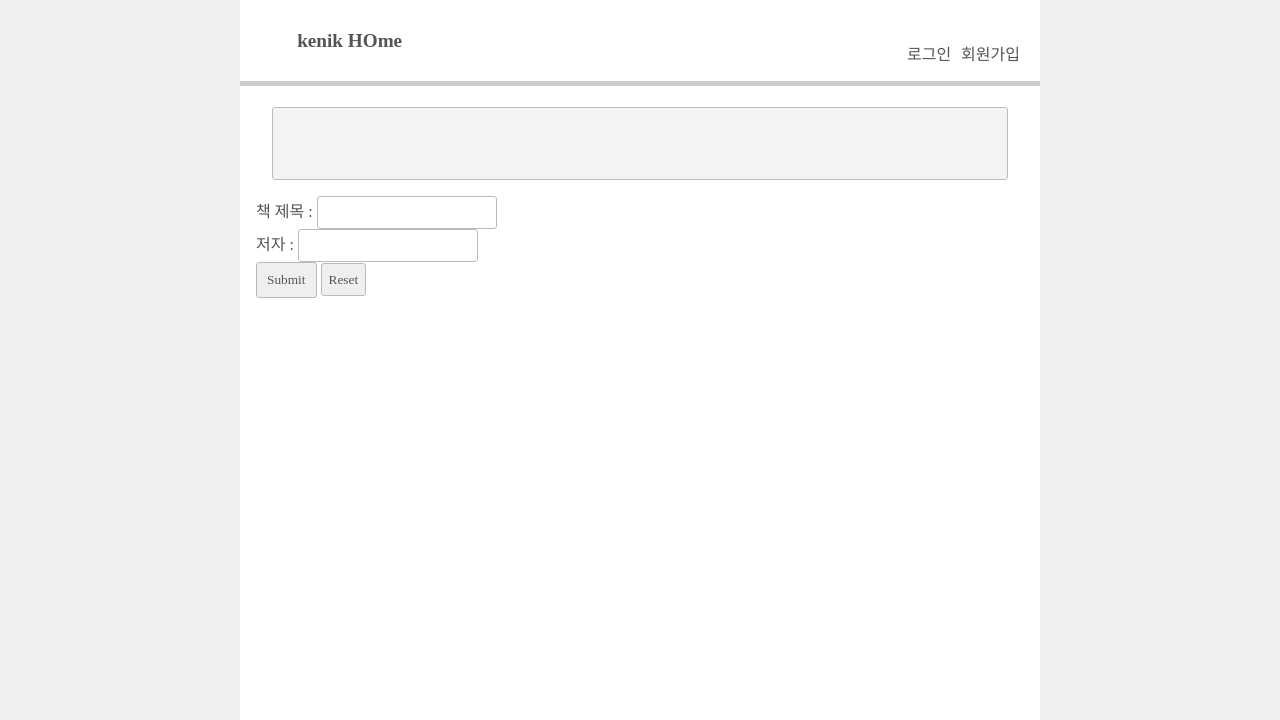
Repository: Seeker2250/JspTest
Page: http://localhost/jspPro/days01/ex02.jsp
The author's editor kept a copy of each file at every save. The page is drawn from the files as they stood at one save, then again after the next save.
The browser window is 1280 px wide. The pictures show the whole page.
Some web fonts or font styles are not loaded; a fallback is used. The page is served by Tomcat 9.

Above is the page before, as saved 2024-10-15 03:29:45.

After the next save:
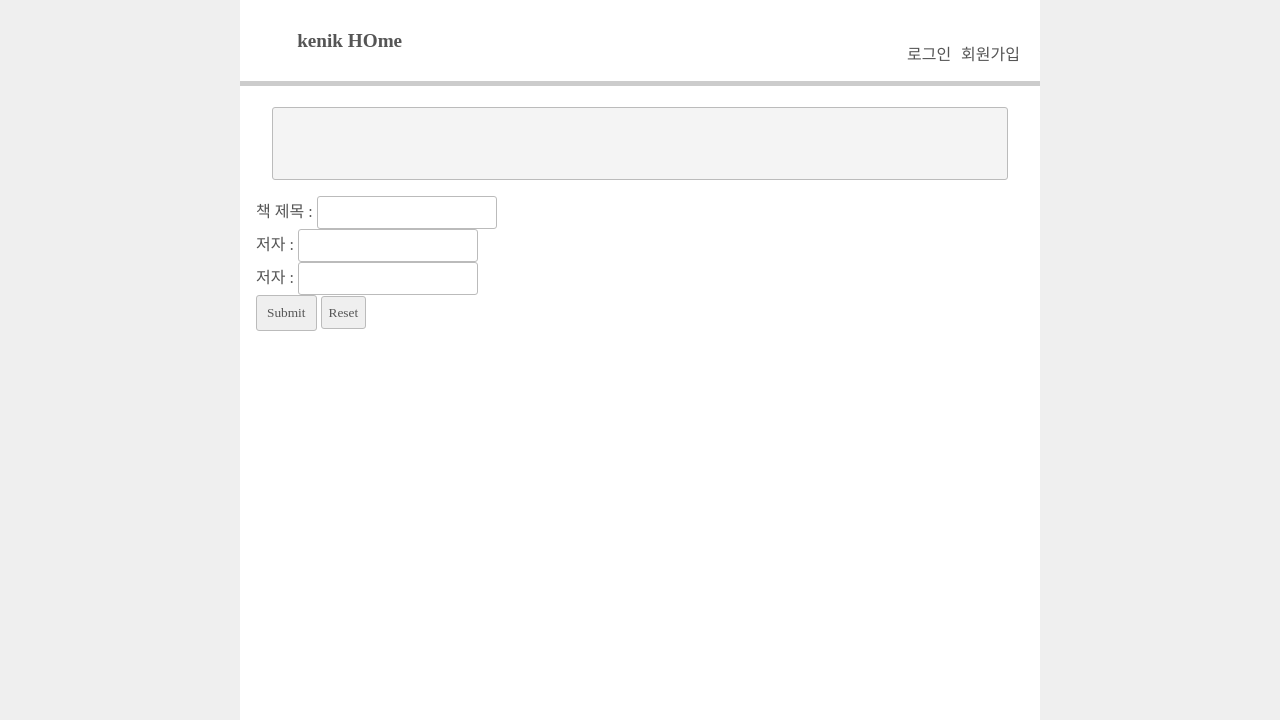
Saved 44 s later.
--- a/jspPro/src/main/webapp/days01/ex02.jsp
+++ b/jspPro/src/main/webapp/days01/ex02.jsp
@@ -33,6 +33,7 @@
 
   	책 제목 : <input type="text" id="title" name="title" autofocus><br>
   	저자 : <input type="text" id="author" name = "author"><br>
+  	저자 : <input type="number" id="age" name = "age"><br>
   	<!-- <button type="button">submit</button> -->
   	<input type="submit">
   	<input type="reset">
